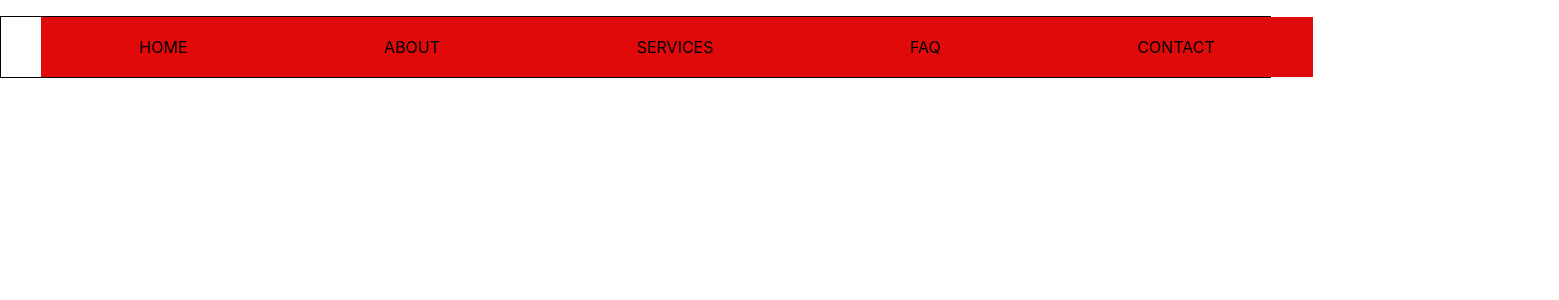
Repository: sriram1224/reactas1.github.io
Page: /
An editor plug-in stored every save of this project. The page is shown before and after the next save, followed by the edit.
The browser window is 1280 px wide. The page is 1313 px wide, then 1559 px, so the pictures cover 1559 px, including what lies to the right of the window. The pictures show the whole page.
The project was rebuilt for these pictures with package versions that can differ from the ones it lists, and the page was loaded fresh each time.

Above is the page before, as saved 2024-03-05 06:58:19.

After the next save:
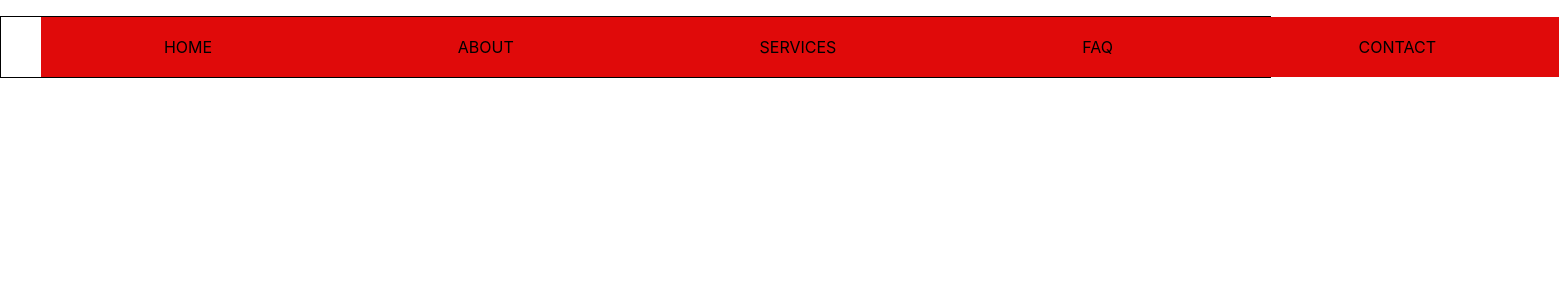
Saved 11 s later.
--- a/src/Components/Nav.css
+++ b/src/Components/Nav.css
@@ -15,7 +15,7 @@
     border: 1px solid #000;
 }
 .Nav ul li{
-    padding: 20px 8%;
+    padding: 20px 10%;
 
     background-color: rgb(224, 10, 10);
     text-align: center;
